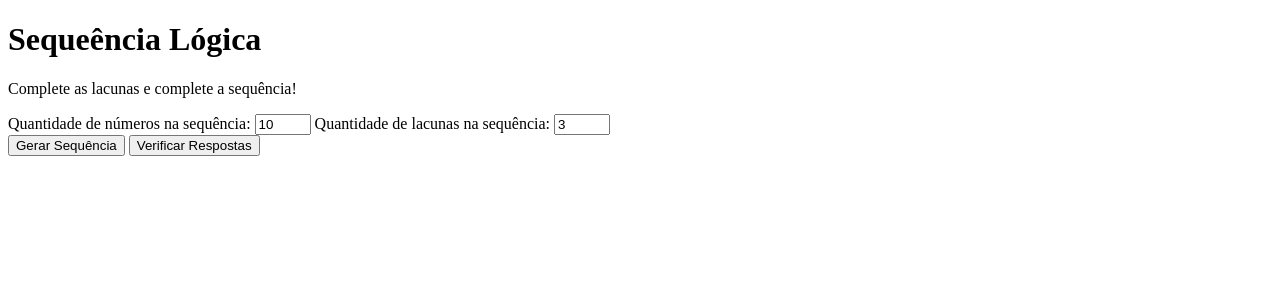
Repository: beatriz-nagae/sequencia-logica
Page: index.html
These files come from the project's save history. The page is drawn as it stood at one moment and after the next save; the edit follows.
The browser window is 1280 px wide. The pictures show the whole page.

Above is the page before, as saved 2025-09-30 20:35:06.

After the next save:
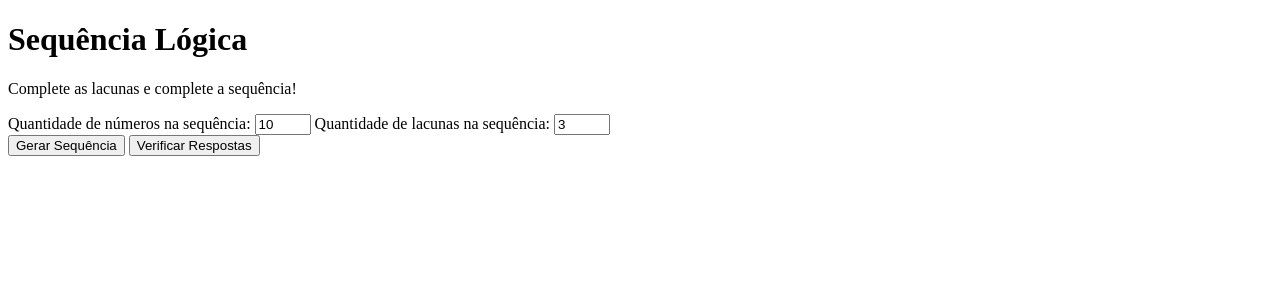
Saved 76 s later.
--- a/index.html
+++ b/index.html
@@ -7,7 +7,7 @@
 </head>
 <body>
     <div class="container" role="main">
-        <h1>Sequeência Lógica</h1>
+        <h1>Sequência Lógica</h1>
         <p class="subtitle">Complete as lacunas e complete
                             a sequência!</p>
         <label>Quantidade de números na sequência:</label>
